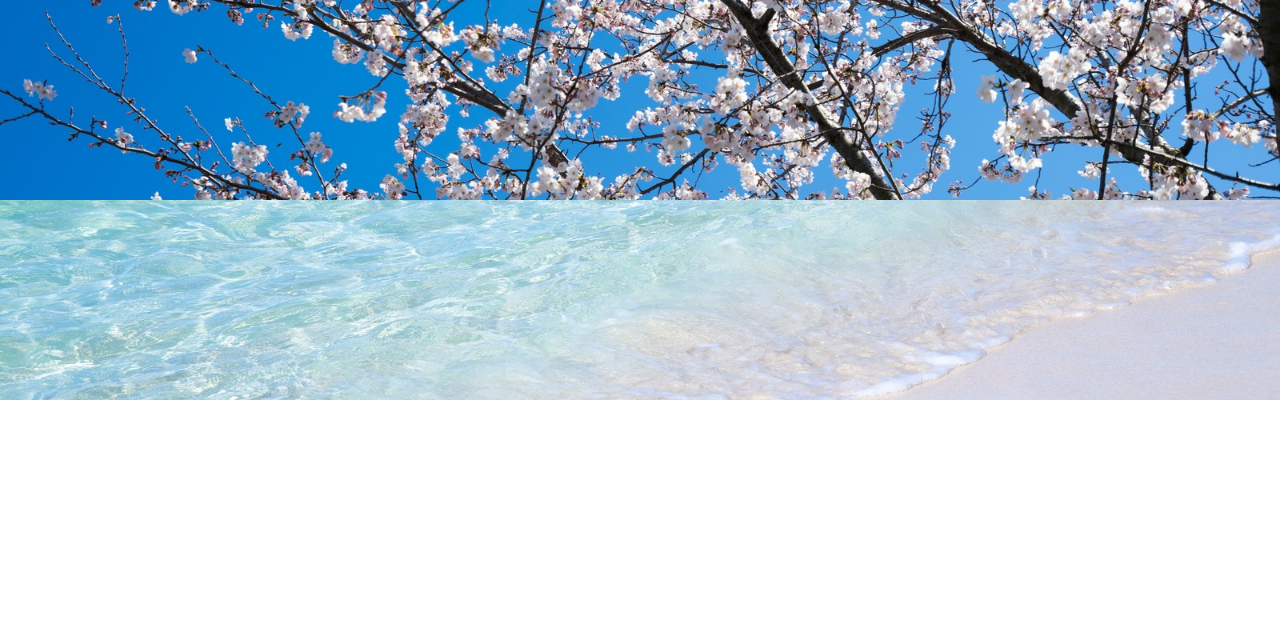
Repository: matuyama/dmm-webcamp
Page: chapter6/index6.html
The author's editor kept a record of every edit. The page is drawn from the files as they stood at one moment, then again after the next edit.
The browser window is 1280 px wide. The pictures show the whole page.

Above is the page before.

After the next edit:
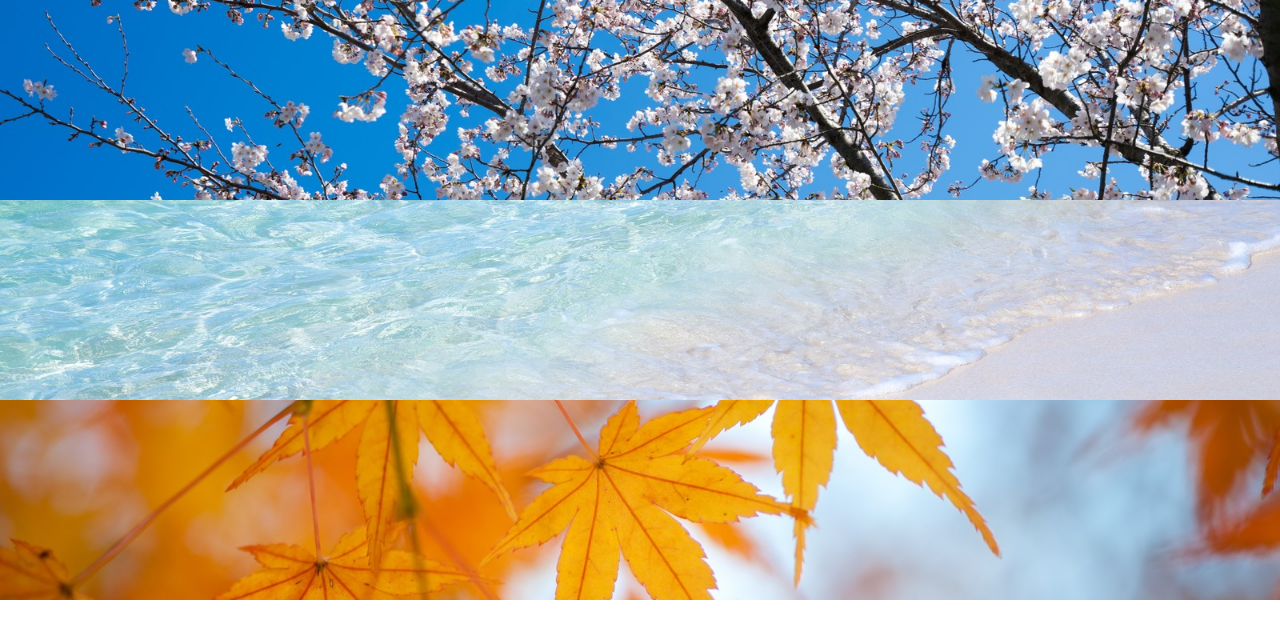
The edit:
--- a/chapter6/index6.html
+++ b/chapter6/index6.html
@@ -11,7 +11,7 @@
 
     <div class="box2"></div>
 
-    <div slass="box3"></div>
+    <div class="box3"></div>
 
     <div slass="box4"></div>
 
